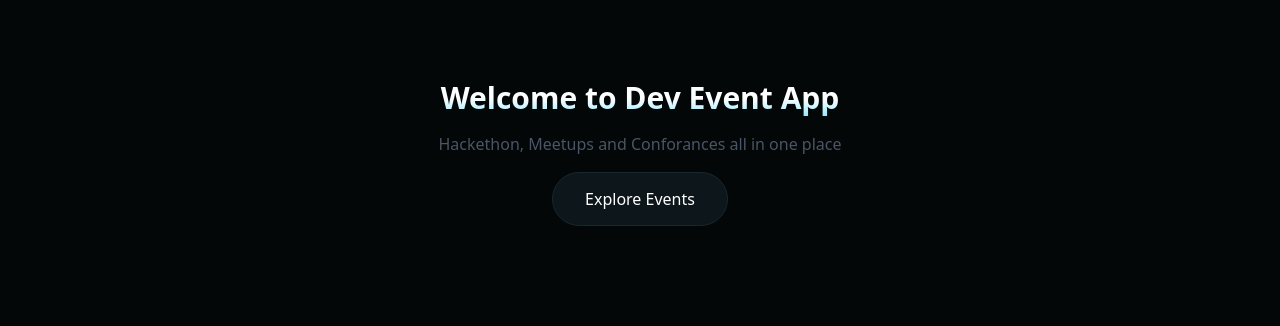
Repository: harshhariyani404/dev-events
Page: /
The author's editor kept a copy of each file at every save. The page is drawn from the files as they stood at one save, then again after the next save.
The browser window is 1280 px wide. The pictures show the whole page.
Pictures or frames that could not be fetched are drawn as grey boxes. The project was rebuilt for these pictures with package versions that can differ from the ones it lists, and the page was loaded fresh each time. The framework's server and built-in components were replaced by stand-ins that run in the browser. Also part of the build but not shown: next.config.ts.

Above is the page before, as saved 2026-02-06 14:38:47.

After the next save:
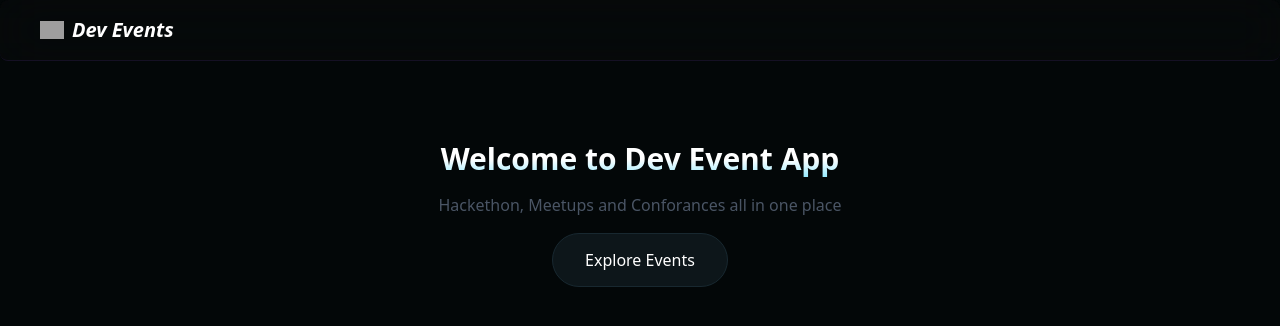
Saved 30 min 37 s later.
--- a/app/layout.tsx
+++ b/app/layout.tsx
@@ -1,6 +1,7 @@
 import type { Metadata } from "next";
 import { Geist, Geist_Mono } from "next/font/google";
 import "./globals.css";
+import Navbar from "./components/Navbar";
 
 const geistSans = Geist({
   variable: "--font-geist-sans",
@@ -27,6 +28,7 @@ export default function RootLayout({
       <body
         className={`${geistSans.variable} ${geistMono.variable} antialiased`}
       >
+        <Navbar />
         <main>
           {children}
         </main>
